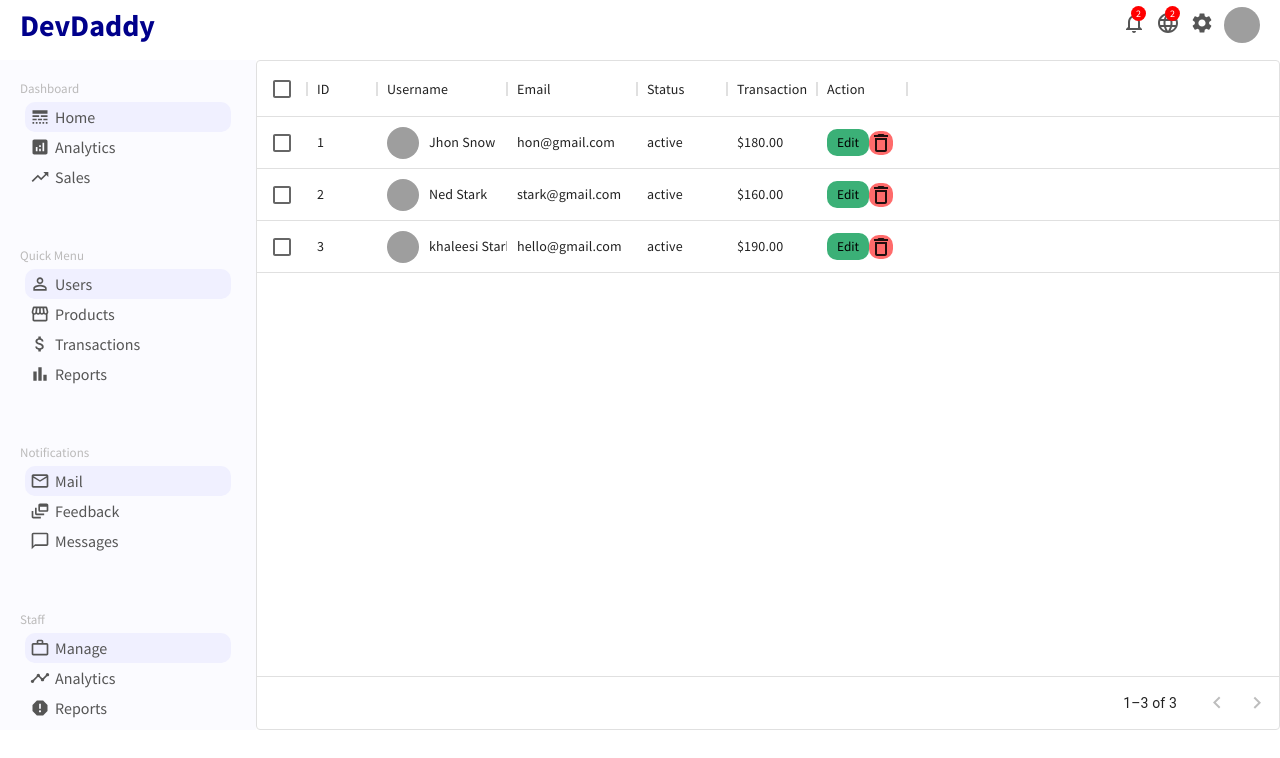
Repository: Marhamat92/react-admin-dashboard
Page: /users
The author's editor kept a copy of each file at every save. The page is drawn from the files as they stood at one save, then again after the next save.
The browser window is 1280 px wide. The pictures show the whole page.
Pictures or frames that could not be fetched are drawn as grey boxes. The project was rebuilt for these pictures with package versions that can differ from the ones it lists, and the page was loaded fresh each time. Also part of the build but not shown: src/pages/home/home.scss, src/components/featuredInfo/featuredInfo.scss, src/components/featuredInfo/FeaturedInfo.js, src/components/chart/chart.scss, src/components/chart/Chart.js, src/data/userData.js, src/components/widgetSm/widgetSm.scss, src/components/widgetSm/WidgetSm.js and 3 more.

Above is the page before, as saved 2023-02-10 22:10:44.

After the next save:
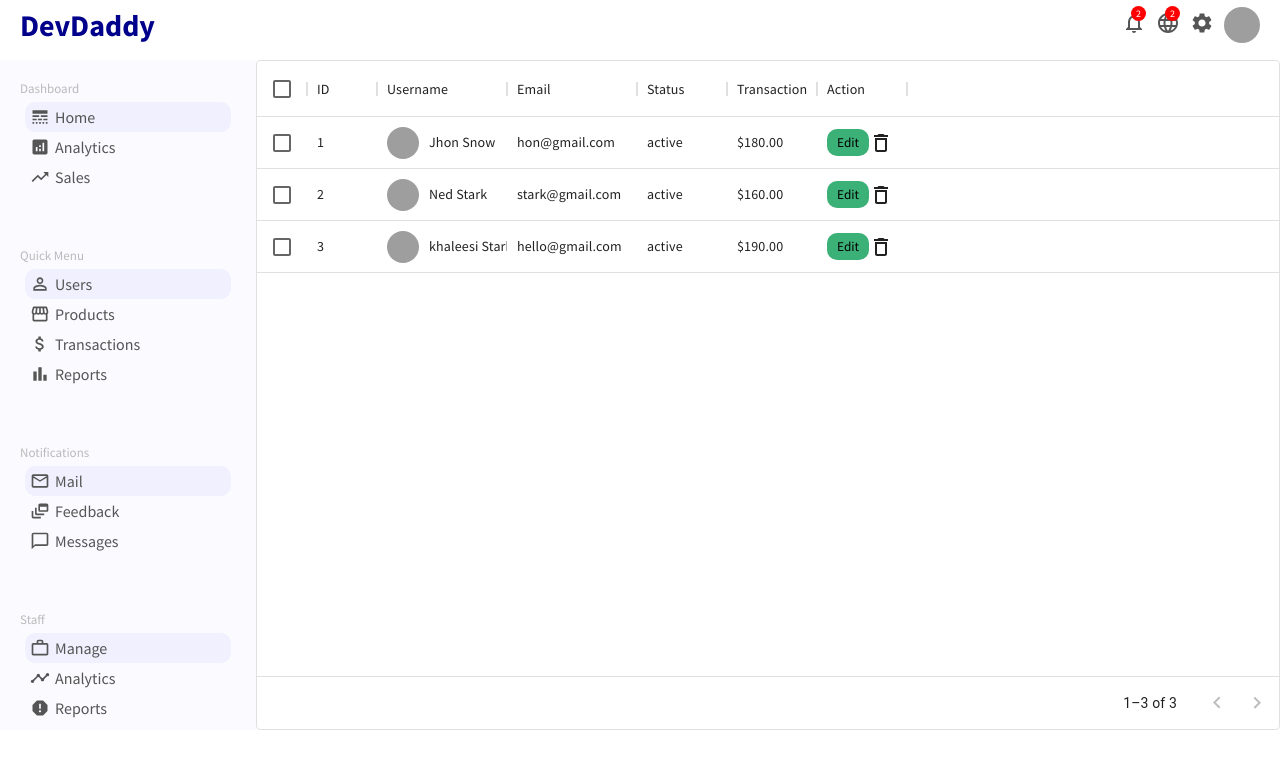
Saved 19 s later.
--- a/src/pages/userList/userList.scss
+++ b/src/pages/userList/userList.scss
@@ -27,8 +27,6 @@
 
 .userListDelete{
   border: none;
-  border-radius: 10px;
 
-  background-color: #ff6b6b;
   cursor: pointer;
 }
